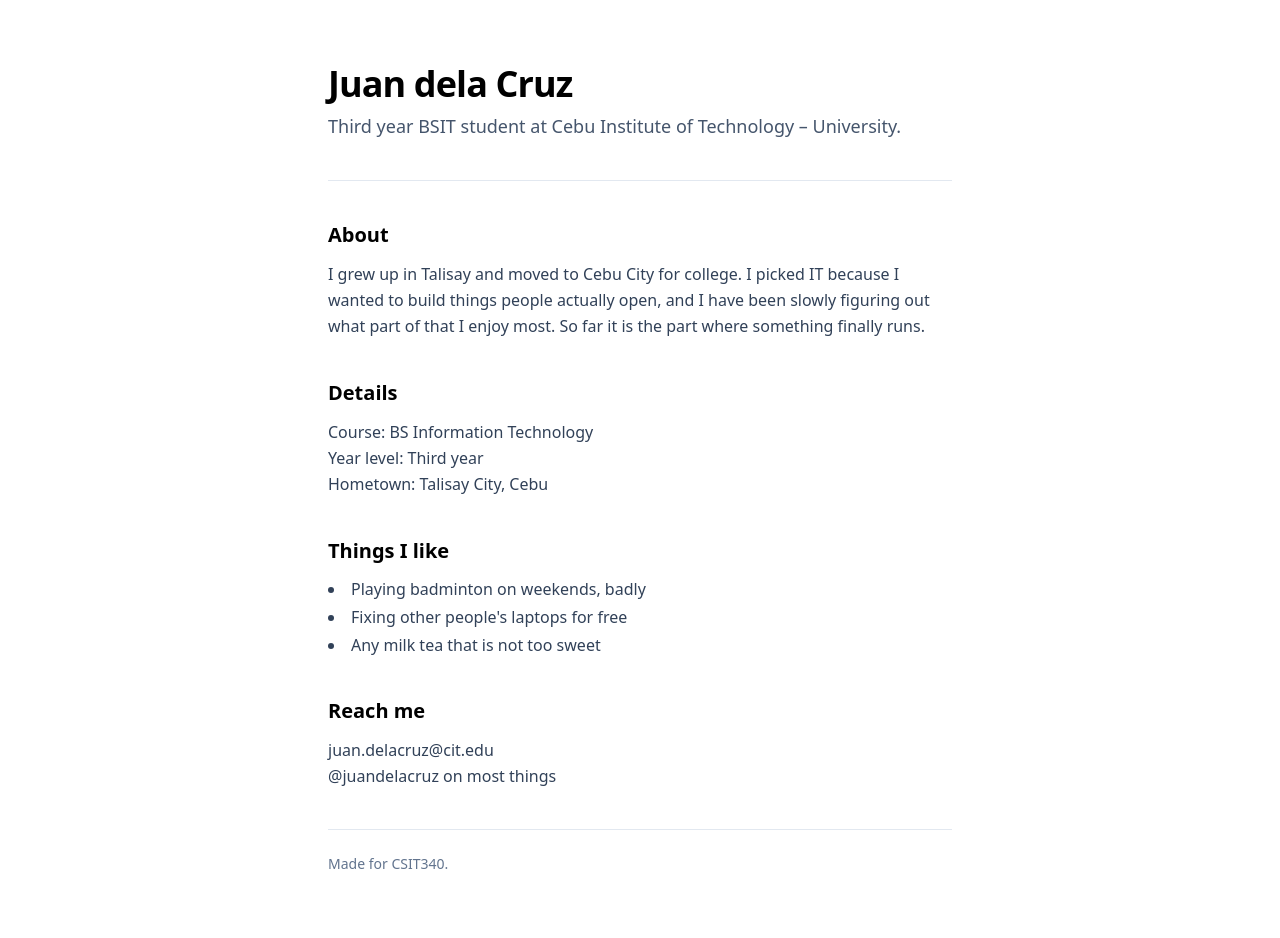
Repository: nicole-galan/CSIT340-Lab1-Galan
Page: /
The author's editor kept a copy of each file at every save. The page is drawn from the files as they stood at one save, then again after the next save.
The browser window is 1280 px wide. The pictures show the whole page.
The project was rebuilt for these pictures with package versions that can differ from the ones it lists, and the page was loaded fresh each time. Also part of the build but not shown: vite.config.js.

Above is the page before, as saved 2026-09-04 16:35:14.

### index.html
<!doctype html>
<html lang="en">
  <head>
    <meta charset="UTF-8" />
    <link rel="icon" type="image/svg+xml" href="/favicon.svg" />
    <meta name="viewport" content="width=device-width, initial-scale=1.0" />
    <title>csit340-lab1</title>
  </head>
  <body>
    <div id="root"></div>
    <script type="module" src="/src/main.jsx"></script>
  </body>
</html>

### src/App.jsx
function App() {
  return (
    <>
      <header className="mx-auto px-6 pt-16 max-w-2xl">
        <h1 className="text-4xl font-semibold tracking-tight mb-2">Juan dela Cruz</h1>
        <p className="text-lg text-slate-600">
          Third year BSIT student at Cebu Institute of Technology – University.
        </p>
        <hr className="mt-10 border-slate-200" />
      </header>

      <main className="max-w-2xl mx-auto px-6 py-10">
        <section className="mb-10">
          <h2 className="text-xl font-semibold mb-3">About</h2>
          <p className="leading-relaxed text-slate-700">
            I grew up in Talisay and moved to Cebu City for college. I picked IT
            because I wanted to build things people actually open, and I have been
            slowly figuring out what part of that I enjoy most. So far it is the
            part where something finally runs.
          </p>
        </section>

        <section className="mb-10">
          <h2 className="text-xl font-semibold mb-3">Details</h2>
          <p className="leading-relaxed text-slate-700">
            Course: BS Information Technology
            <br />
            Year level: Third year
            <br />
            Hometown: Talisay City, Cebu
          </p>
        </section>

        <section className="mb-10">
          <h2 className="text-xl font-semibold mb-3">Things I like</h2>
          <ul className="list-disc list-inside space-y-1 text-slate-700">
            <li>Playing badminton on weekends, badly</li>
            <li>Fixing other people's laptops for free</li>
            <li>Any milk tea that is not too sweet</li>
          </ul>
        </section>

        <section>
          <h2 className="text-xl font-semibold mb-3">Reach me</h2>
          <p className="leading-relaxed text-slate-700">
            juan.delacruz@cit.edu
            <br />
            @juandelacruz on most things
          </p>
        </section>
      </main>

      <section className="max-w-2xl mx-auto px-6 pb-16">
        <hr className="mb-6 border-slate-200" />
        <p className="text-sm text-slate-500">Made for CSIT340.</p>
      </section>
    </>
  )
}

export default App

Loaded but not shown: src/main.jsx (common file); src/index.css (common file)

After the next save:
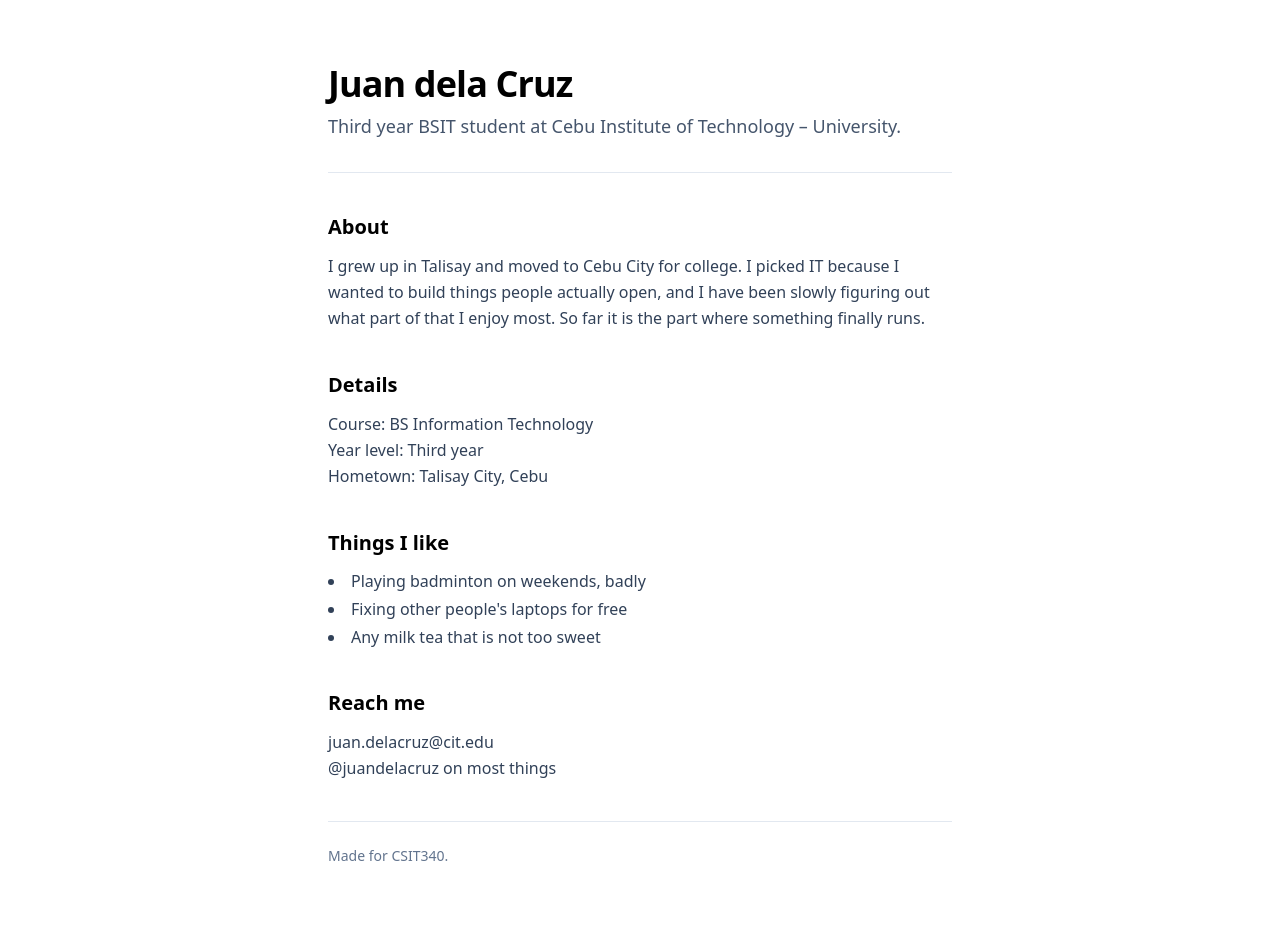
Saved 15 s later.
--- a/src/App.jsx
+++ b/src/App.jsx
@@ -6,7 +6,7 @@ function App() {
         <p className="text-lg text-slate-600">
           Third year BSIT student at Cebu Institute of Technology – University.
         </p>
-        <hr className="mt-10 border-slate-200" />
+        <hr className="mt-8 border-slate-200" />
       </header>
 
       <main className="max-w-2xl mx-auto px-6 py-10">
